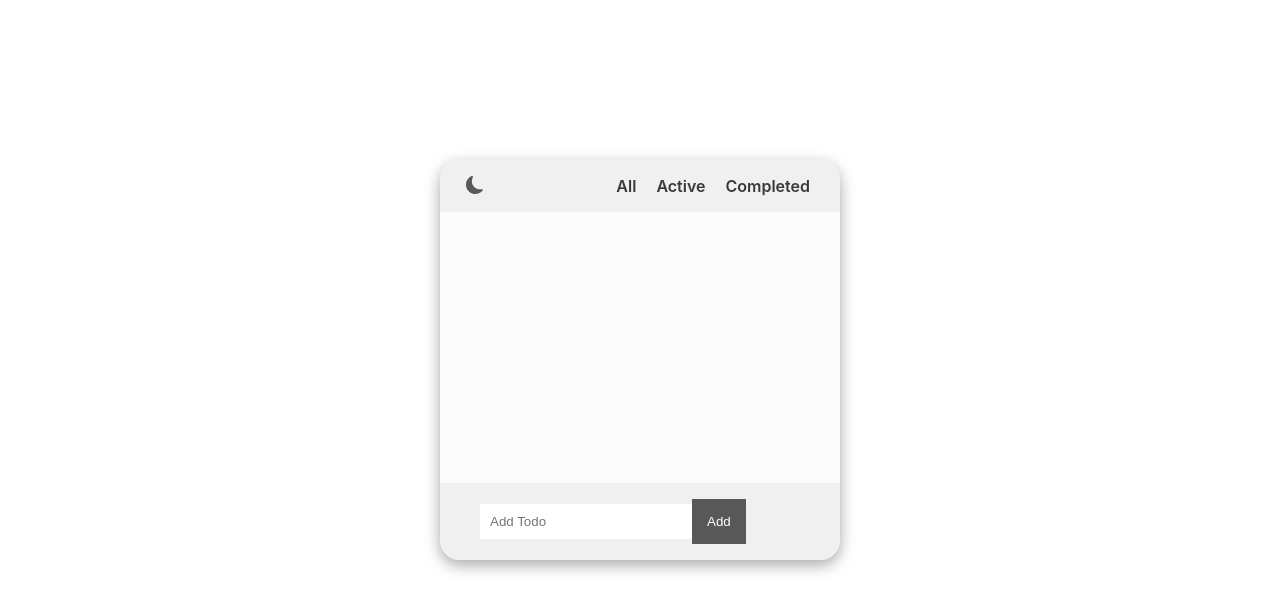
Repository: momo0170/react_todolist
Page: /
An editor plug-in stored every save of this project. The page is shown before and after the next save, followed by the edit.
The browser window is 1280 px wide. The pictures show the whole page.
The project was rebuilt for these pictures with package versions that can differ from the ones it lists, and the page was loaded fresh each time. Also part of the build but not shown: src/css/Todo.module.css, src/components/Todo.jsx.

Above is the page before, as saved 2022-11-02 13:06:15.

After the next save:
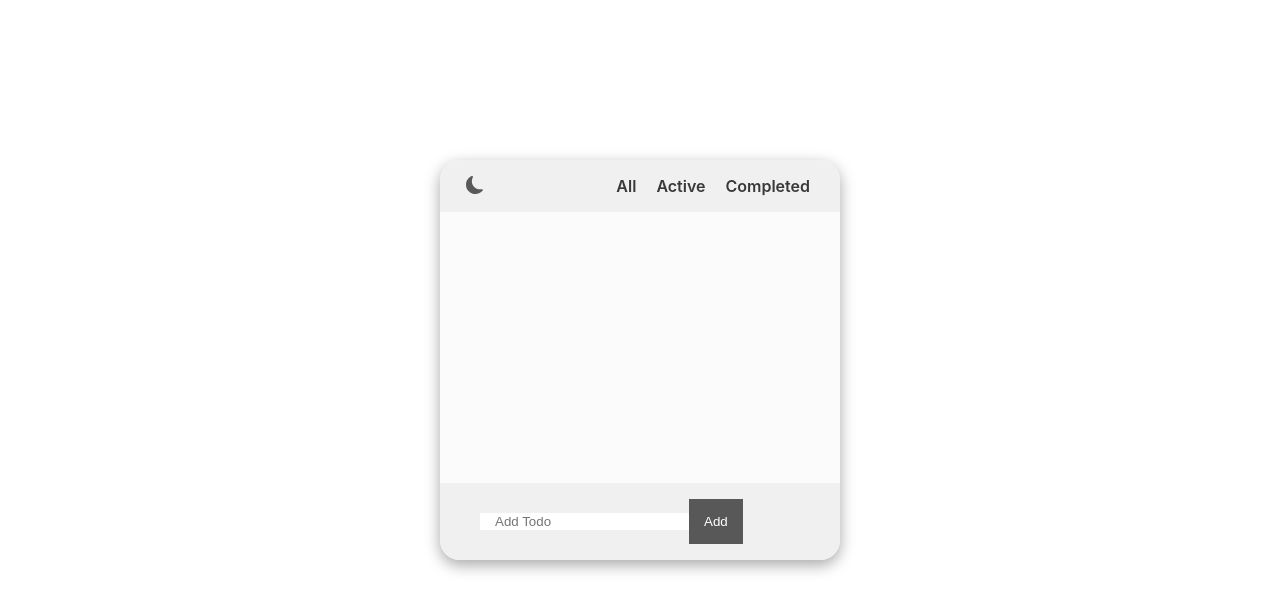
Saved 21 s later.
--- a/src/App.module.css
+++ b/src/App.module.css
@@ -49,7 +49,7 @@
 .input {
   width: 60%;
   border: 0;
-  padding: 10px;
+  padding-left: 15px;
 }
 input:focus::placeholder {
   color: transparent;
